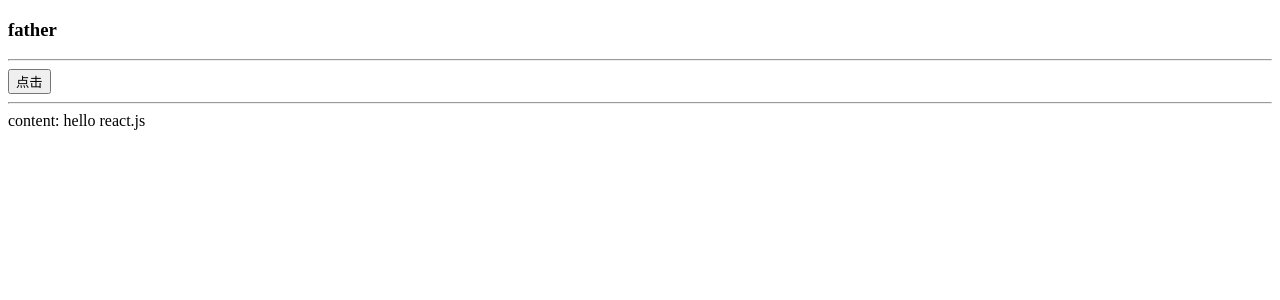
Repository: WanYouwen/react_study_code
Page: day02/03-父子组件通信/04-非父子组件通信-ref.html
An editor plug-in stored every save of this project. The page is shown before and after the next save, followed by the edit.
The browser window is 1280 px wide. The pictures show the whole page.

Above is the page before, as saved 2020-08-12 15:46:11.

After the next save:
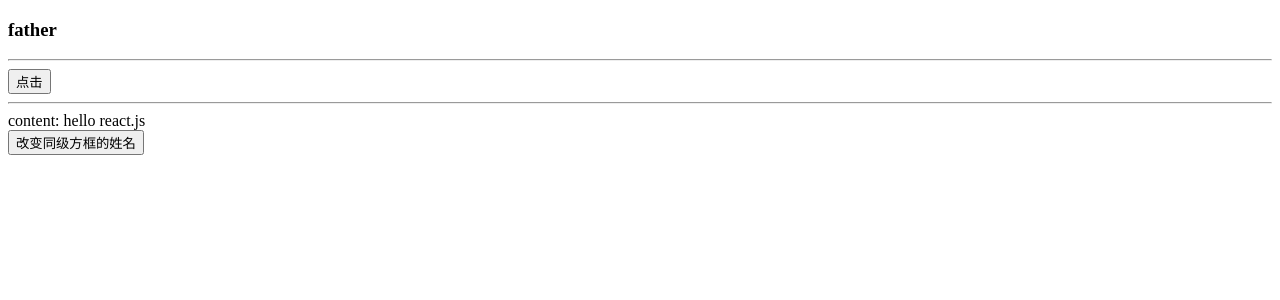
Saved 7 min 1 s later.
--- a/day02/03-父子组件通信/04-非父子组件通信-ref.html
+++ b/day02/03-父子组件通信/04-非父子组件通信-ref.html
@@ -63,6 +63,7 @@
                 this.content = el;
               }}
             />
+            <ChangeBtn />
           </div>
         );
       },
@@ -73,6 +74,15 @@
         return (
           <div>
             <button onClick={this.props.change}>点击</button>
+          </div>
+        );
+      },
+    });
+    let ChangeBtn = React.createClass({
+      render() {
+        return (
+          <div>
+            <button>改变同级方框的姓名</button>
           </div>
         );
       },
